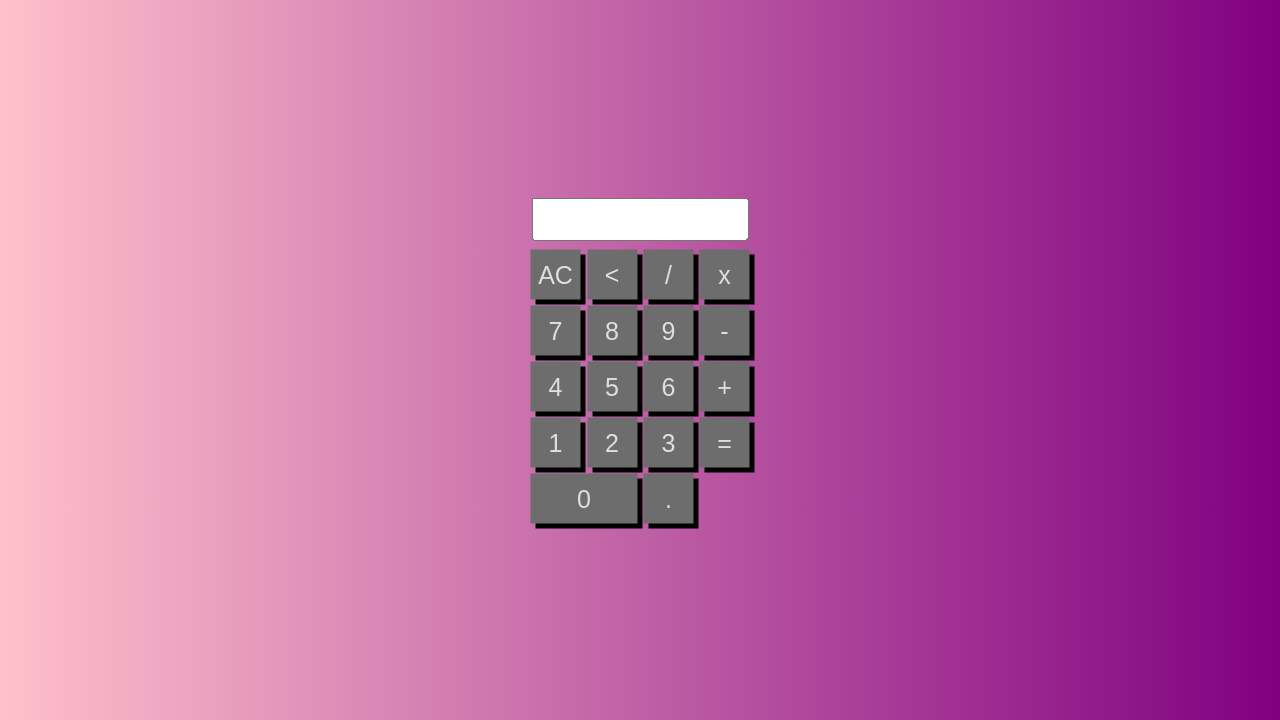
Repository: lacey-crenshaw/calculator
Page: index.html
An editor plug-in stored every save of this project. The page is shown before and after the next save, followed by the edit.
The browser window is 1280 px wide. The pictures show the whole page.

Above is the page before, as saved 2020-02-14 10:08:13.

### index.html
<html>

<head>
    <link rel="stylesheet" href="style.css">
    <script>
        function insert(num) {
            document.form.textview.value = document.form.textview.value + num
        }

        function equal() {
            let exp = document.form.textview.value;
            if (exp) {
                document.form.textview.value = eval(exp)
            }
        }

        function ac() {
            document.form.textview.value = "";
        }

        function back() {
            let exp = document.form.textview.value;
            document.form.textview.value = exp.substring(0, exp.length - 1);
        }
    </script>
</head>

<body>
    <div class="bg"></div>
    <div class="main">
        <form name="form">
            <input class="textview" name="textview">
        </form>
        <table>
            <tr>
                <td><input class="button" type="button" value="AC" onclick="ac()"> </td>
                <td><input class="button" type="button" value="<" onclick="back()"> </td>
                <td><input class="button" type="button" value="/" onclick="insert('/')"> </td>
                <td><input class="button" type="button" value="x" onclick="insert('*')"> </td>
            </tr>
            <tr>
                <td><input class="button" type="button" value="7" onclick="insert(7)"></td>
                <td><input class="button" type="button" value="8" onclick="insert(8)"> </td>
                <td><input class="button" type="button" value="9" onclick="insert(9)"> </td>
                <td><input class="button" type="button" value="-" onclick="insert('-')"> </td>
            </tr>
            <tr>
                <td><input class="button" type="button" value="4" onclick="insert(4)"> </td>
                <td><input class="button" type="button" value="5" onclick="insert(5)"> </td>
                <td><input class="button" type="button" value="6" onclick="insert(6)"> </td>
                <td><input class="button" type="button" value="+" onclick="insert('+')"> </td>
            </tr>
            <tr>
                <td><input class="button" type="button" value="1" onclick="insert(1)"> </td>
                <td><input class="button" type="button" value="2" onclick="insert(2)"> </td>
                <td><input class="button" type="button" value="3" onclick="insert(3)"> </td>
                <td><input class="button" type="button" value="=" onclick="equal()"></td>
            </tr>
            <tr>
                <td colspan="2"><input class="button" id="zero" type="button" value="0" onclick="insert(0)">
                </td>
                <td><input class="button" type="button" value="." onclick="insert('.')"> </td>
            </tr>
        </table>
    </div>
</body>

</html>

### style.css
*{
    margin:0;
    padding:0;
}

.button {
    width: 50;
    height: 50;
    font-size: 25;
    margin: 2;
    cursor: pointer;
    background:  #6d6d6d;
    color: #dfdfe0;
    border: none;
    box-shadow: 5px 5px black;
}

.textview {
    width: 217;
    margin: 5;
    font-size: 25;
    padding: 5;
    color: #6d6d6d;;
}

.main {
    position: absolute;
    top: 50%;
    left: 50%;
    transform: translateX(-50%) translateY(-50%);
}

.bg {
    background: linear-gradient(to right, pink, purple);
    height: 100%;
}

#zero {
    width: 107;
}

After the next save:
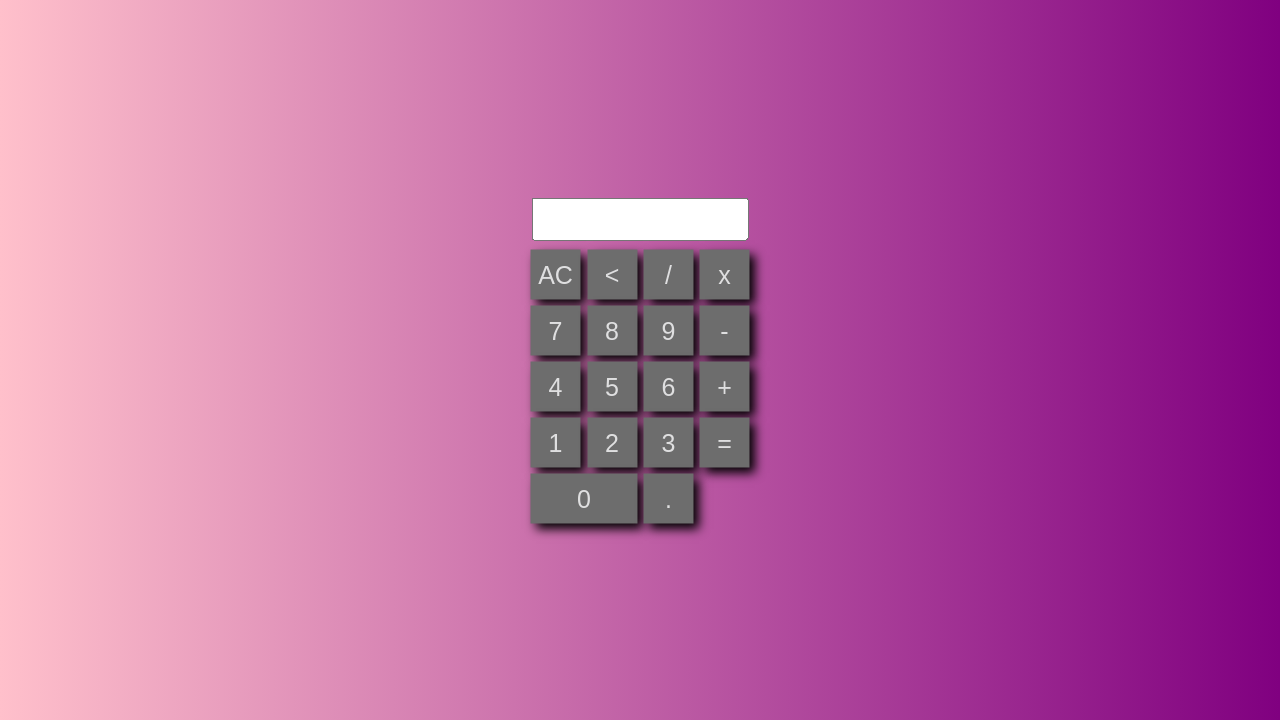
Saved 43 s later.
--- a/style.css
+++ b/style.css
@@ -12,7 +12,7 @@
     background:  #6d6d6d;
     color: #dfdfe0;
     border: none;
-    box-shadow: 5px 5px black;
+    box-shadow: 5px 5px 10px black;
 }
 
 .textview {
